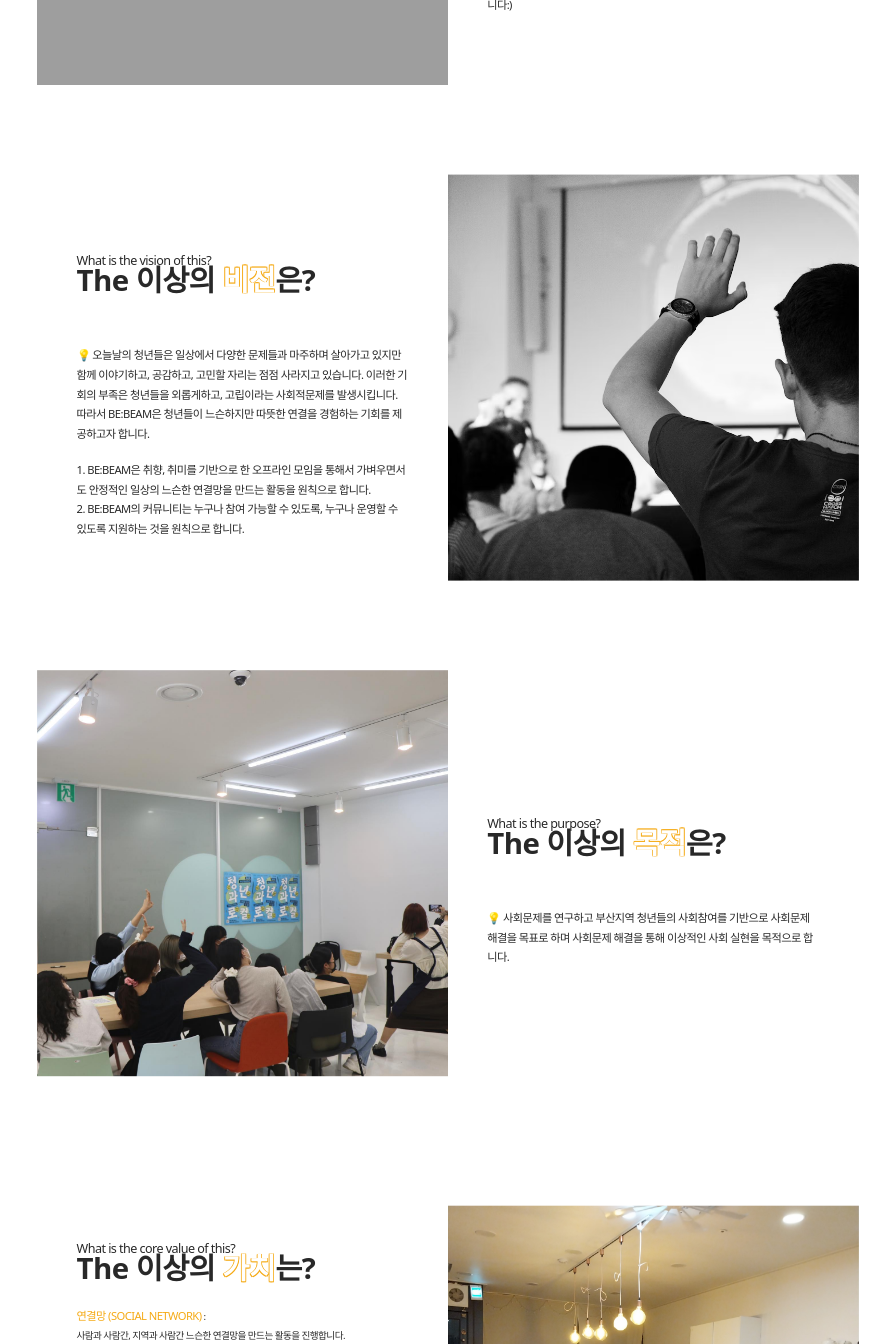
Repository: The-i-sang/BE-BEAM
Page: / (app in front/)
An editor plug-in stored every save of this project. The page is shown before and after the next save, followed by the edit.
The browser window is 1280 px wide. The pictures show the part of the page from y = 1728 to 3648 px (the page is 4370 px tall before and 4382 px after), at 70% of full size.
Pictures or frames that could not be fetched are drawn as grey boxes. Backgrounds fixed to the window are drawn as part of the page. The project was rebuilt for these pictures with package versions that can differ from the ones it lists, and the page was loaded fresh each time. Also part of the build but not shown: front/src/page/NotFoundPage.jsx, front/src/component/NextArrow.jsx, front/src/component/PrevArrow.jsx, front/src/component/DetailSlider.jsx, front/src/page/Detail.jsx, front/src/component/ToolkitCard.jsx, front/src/component/SlideToolkitCard.jsx, front/src/component/BestToolkitSlider.jsx and 6 more. Imported but missing from the stored project, and not drawn on this page: front/src/config.

Above is the page before, as saved 2023-10-13 01:23:12.

### front/src/index.css
@tailwind base;
@tailwind components;
@tailwind utilities;

/* body {
  margin: 0;
  font-family: -apple-system, BlinkMacSystemFont, "Segoe UI", "Roboto", "Oxygen",
    "Ubuntu", "Cantarell", "Fira Sans", "Droid Sans", "Helvetica Neue",
    sans-serif;
  -webkit-font-smoothing: antialiased;
  -moz-osx-font-smoothing: grayscale;
} */

body {
  margin: 0;
  font-family: "Pretendard-Regular";
}

code {
  font-family: source-code-pro, Menlo, Monaco, Consolas, "Courier New",
    monospace;
}

@font-face {
  font-family: "Pretendard-Regular";
  src: url("https://cdn.jsdelivr.net/gh/Project-Noonnu/noonfonts_2107@1.1/Pretendard-Regular.woff")
    format("woff");
  font-weight: 400;
  font-style: normal;
}

.my-custom-bg-class {
  background-image: url("./assets/2.png");
}

.my-custom-bg-class2 {
  background-image: url("./assets/2.png");
}

.text-stroke {
  text-shadow: -1px -1px 0 #f5aa15, 1px -1px 0 #f5aa15, -1px 1px 0 #f5aa15,
    1px 1px 0 #f5aa15;
}

.dots_custom {
  display: inline-block;
  vertical-align: middle;
  margin: auto 0;
  padding: 0;
}

.dots_custom li {
  list-style: none;
  cursor: pointer;
  display: inline-block;
  padding: 0;
}

.dots_custom li button {
  border: none;
  background: #d1d1d1;
  color: transparent;
  cursor: pointer;
  display: block;
  height: 2px;
  width: 10rem;
  border-radius: 100%;
  padding: 0;
}

@media (max-width: 1413px) {
  .dots_custom li button {
    border: none;
    background: #d1d1d1;
    color: transparent;
    cursor: pointer;
    display: block;
    height: 2px;
    width: 8rem;
    border-radius: 100%;
    padding: 0;
  }
}

@media (max-width: 1279px) {
  .dots_custom li button {
    border: none;
    background: #d1d1d1;
    color: transparent;
    cursor: pointer;
    display: block;
    height: 2px;
    width: 7rem;
    border-radius: 100%;
    padding: 0;
  }
}

@media (max-width: 1023px) {
  .dots_custom li button {
    border: none;
    background: #d1d1d1;
    color: transparent;
    cursor: pointer;
    display: block;
    height: 2px;
    width: 5rem;
    border-radius: 100%;
    padding: 0;
  }
}

@media (max-width: 767px) {
  .dots_custom li button {
    border: none;
    background: #d1d1d1;
    color: transparent;
    cursor: pointer;
    display: block;
    height: 2px;
    width: 4rem;
    border-radius: 100%;
    padding: 0;
  }
}

.dots_custom li.slick-active button {
  background-color: #282828;
}

### front/src/App.js
import { RouterProvider, createBrowserRouter } from "react-router-dom";
import NotFoundPage from "./page/NotFoundPage";
import Main from "./page/Main";
import Detail from "./page/Detail";
import Root from "./page/Root";
import Toolkit from "./page/Toolkit";
import Search from "./page/Search";
import Activity from "./component/Activity";
import ActivityDetail from "./component/ActivityDetail";
import Community from "./page/Community";

function App() {
  const router = createBrowserRouter([
    {
      path: "/",
      element: <Root />,
      errorElement: <NotFoundPage />,
      children: [
        { index: true, element: <Main /> },
        {
          path: "/activity",
          element: <Activity />,
        },
        {
          path: "/activity/detail/:id",
          element: <ActivityDetail />,
        },
        { path: "/search", element: <Search /> },
        {
          path: "/toolkit",
          element: <Toolkit />,
        },
        {
          path: "/toolkit/detail/:id",
          element: <Detail />,
        },
        { path: "*", element: <NotFoundPage /> },
        {
          path: "/community",
          element: <Community />,
        },
      ],
    },
  ]);
  return <RouterProvider router={router} />;
}

export default App;

### front/src/page/Main.jsx
import { useEffect, useState } from "react";
import img2 from "../assets/2.png";
import img3 from "../assets/3.png";
import img4 from "../assets/4.png";
import img5 from "../assets/5.png";

export default function Main() {
  const [scrollHeight, setScrollHeight] = useState(0);

  function onScroll() {
    setScrollHeight(window.scrollY);
  }
  useEffect(() => {
    window.addEventListener("scroll", onScroll);
    return () => {
      window.removeEventListener("scroll", onScroll);
    };
  }, []);
  console.log(scrollHeight);

  return (
    <div className="w-full mx-auto mt-4">
      <div className="w-full relative">
        <div
          className={`${
            scrollHeight > 100
              ? "absolute top-[22rem] text-white"
              : "absolute top-0"
          } w-full h-[300px] text-center transition-all duration-1000 z-[9999] flex flex-col justify-center items-center leading-normal`}
        >
          <h1 className="text-[4.8rem] font-extrabold">The 이상</h1>
          <p className="text-[2.4rem] mt-2">이상한 사회를 이상적인 사회로</p>
        </div>

        <div
          className={`${
            scrollHeight > 100 ? "w-full top-40" : "w-11/12 top-96"
          } mx-auto h-[720px] my-custom-bg-class bg-cover bg-fixed bg-no-repeat bg-[center_bottom_0] text-white relative transition-all duration-700`}
        >
          <div className="w-full h-full bg-black opacity-20 absolute top-0 left-0" />
        </div>
      </div>

      <div className="w-full mx-auto mt-40">
        <div className="w-11/12 mx-auto pt-32">
          <h2 className="mb-20 text-[3rem] text-[#282828] font-semibold text-center">
            이상한 사회를{" "}
            <span className="text-[#ffffff] text-stroke">이상적인 사회</span>로
          </h2>

          <div className="w-full mb-32 flex items-center group text-[#282828] text-center">
            <img
              className="w-6/12 h-[580px] object-cover"
              src={img5}
              alt="intro_img"
            />

            <div className="w-6/12 p-14 box-border flex flex-col items-start">
              <p className="mt-[48px] text-[1.125rem] font-medium">
                What does it mean?
              </p>
              <h1 className="mb-20 text-[2.625rem] font-semibold">
                The 이상이 <span className="text-white text-stroke">의미</span>
                하는 것은?
              </h1>
              <p className="text-[1rem] text-left leading-7">
                💡 안녕하세요! 부산에서 청년 커뮤니티를 기획운영하고 있는
                BE:BEAM입니다. BE:BEAM(비빔)은 비빔밥의 재료처럼 다양한 청년들이
                모여, 빛줄기(BEAM)처럼 따뜻한 연결망을 이어나간다는 의미가
                있습니다. 2022년 소셜다이닝을 시작으로 여러 활동을 준비하고
                진행하고 있습니다. 또 저희는 커뮤니티를 기획운영하는 것에서
                그치지 않고, 누구나 사회참여활동을 시작하실 수 있도록 그 문턱을
                낮추는 활동도 함께 진행하고 있습니다. 많은 관심 부탁드립니다:)
              </p>
            </div>
          </div>

          <div className="w-full mb-32 flex items-center group text-[#282828] text-center">
            <div className="w-6/12 p-14 box-border flex flex-col items-start">
              <p className="mt-[48px] text-[1.125rem] font-medium">
                What is the vision of this?
              </p>
              <h1 className="mb-20 text-[2.625rem] font-semibold">
                The 이상의 <span className="text-white text-stroke">비전</span>
                은?
              </h1>
              <p className="text-[1rem] text-left leading-7">
                💡 오늘날의 청년들은 일상에서 다양한 문제들과 마주하며 살아가고
                있지만 함께 이야기하고, 공감하고, 고민할 자리는 점점 사라지고
                있습니다. 이러한 기회의 부족은 청년들을 외롭게하고, 고립이라는
                사회적문제를 발생시킵니다. 따라서 BE:BEAM은 청년들이 느슨하지만
                따뜻한 연결을 경험하는 기회를 제공하고자 합니다.
              </p>
              <p className="mt-6 text-[1rem] text-left leading-7">
                1. BE:BEAM은 취향, 취미를 기반으로 한 오프라인 모임을 통해서
                가벼우면서도 안정적인 일상의 느슨한 연결망을 만드는 활동을
                원칙으로 합니다.
              </p>
              <p className="text-[1rem] text-left leading-7">
                2. BE:BEAM의 커뮤니티는 누구나 참여 가능할 수 있도록, 누구나
                운영할 수 있도록 지원하는 것을 원칙으로 합니다.
              </p>
            </div>

            <img
              className="w-6/12 h-[580px] object-cover"
              src={img4}
              alt="intro_img"
            />
          </div>

          <div className="w-full mb-32 flex items-center group text-[#282828] text-center">
            <img
              className="w-6/12 h-[580px] object-cover"
              src={img2}
              alt="intro_img"
            />

            <div className="w-6/12 p-14 box-border flex flex-col items-start">
              <p className="mt-[48px] text-[1.125rem] font-medium">
                What is the purpose?
              </p>
              <h1 className="mb-20 text-[2.625rem] font-semibold">
                The 이상의 <span className="text-white text-stroke">목적</span>
                은?
              </h1>
              <p className="text-[1rem] text-left leading-7">
                💡 사회문제를 연구하고 부산지역 청년들의 사회참여를 기반으로{" "}
                사회문제 해결을 목표로 하며 사회문제 해결을 통해 이상적인 사회
                실현을 목적으로 합니다.
              </p>
            </div>
          </div>

          <div className="w-full mb-32 flex items-center group text-[#282828] text-center">
            <div className="w-6/12 p-14 box-border flex flex-col items-start">
              <p className="mt-[48px] text-[1.125rem] font-medium">
                What is the core value of this?
              </p>
              <h1 className="mb-10 text-[2.625rem] font-semibold">
                The 이상의 <span className="text-white text-stroke">가치</span>
                는?
              </h1>
              <ul className="text-[0.86rem] text-left leading-7">
                <li className="mb-4">
                  <span className="text-[1rem] text-[#f5aa15]">
                    연결망 (SOCIAL NETWORK)
                  </span>{" "}
                  :
                  <br />
                  사람과 사람간, 지역과 사람간 느슨한 연결망을 만드는 활동을
                  진행합니다.
                </li>
                <li className="mb-4">
                  <span className="text-[1rem] text-[#f5aa15]">
                    청년 (YOUTH)
                  </span>{" "}
                  :
                  <br />
                  청년의 주체성 있는 사회참여활동을 기반으로 합니다.
                </li>
                <li className="mb-4">
                  <span className="text-[1rem] text-[#f5aa15]">
                    행동 (ACTION)
                  </span>{" "}
                  :
                  <br />
                  주체성이 담긴 행동을 통해서 사회 구성원의 인식 및 행동의
                  변화를 이끌어냅니다.
                </li>
                <li className="mb-4">
                  <span className="text-[1rem] text-[#f5aa15]">
                    공감 (SYMPATHY)
                  </span>{" "}
                  :
                  <br />
                  사회 구성원에 대한 공감대를 기반으로 서로에게 즐겁고, 따뜻한
                  활동을 진행합니다.
                </li>
                <li className="mb-4">
                  <span className="text-[1rem] text-[#f5aa15]">
                    안정 (STABILITY)
                  </span>{" "}
                  :
                  <br />
                  서로를 존중하고 배려하여 서로에게 안정감을 줄 수 있는 활동을
                  진행합니다.
                </li>
                <li className="mb-4">
                  <span className="text-[1rem] text-[#f5aa15]">
                    의사소통 (communication)
                  </span>{" "}
                  :
                  <br />
                  서로의 이야기를 경청하고, 존중하는 대화를 통해 활동을
                  진행합니다.
                </li>
              </ul>
            </div>

            <img
              className="w-6/12 h-[580px] object-cover"
              src={img3}
              alt="intro_img"
            />
          </div>
        </div>
      </div>
    </div>
  );
}

### front/src/page/Root.jsx
import React from "react";
import Navbar from "../component/Navbar";
import { Outlet } from "react-router-dom";
import Footer from "../component/Footer";
import { QueryClient, QueryClientProvider } from "@tanstack/react-query";
import { ScrollRestoration } from "react-router-dom";

export default function Root() {
  const queryClient = new QueryClient();

  return (
    <div className="font-sans font-medium tracking-tighter whitespace-pre-wrap leading-7">
      <ScrollRestoration />
      <Navbar />
      <QueryClientProvider client={queryClient}>
        <Outlet />
      </QueryClientProvider>
      <Footer />
    </div>
  );
}

### front/src/component/Navbar.jsx
import React from "react";
import { useLocation, useNavigate } from "react-router-dom";
import { CiSearch } from "react-icons/ci";
import Menu from "./Menu";

export default function Navbar() {
  const navigate = useNavigate();
  const path = useLocation().pathname;

  // const [scrollHeight, setScrollHeight] = useState(0);

  // function onScroll() {
  //   setScrollHeight(window.scrollY);
  // }
  // useEffect(() => {
  //   window.addEventListener("scroll", onScroll);
  //   return () => {
  //     window.removeEventListener("scroll", onScroll);
  //   };
  // }, []);

  return (
    <div className="w-full">
      <div className="w-11/12 mx-auto">
        <div className="w-full py-8 flex justify-between items-center">
          <div
            className="lg:w-[80px] md:w-[13%] sm:w-[15%] w-[20%]"
            onClick={() => {
              navigate("/");
            }}
          >
            <img
              className="w-full object-cover mx-auto cursor-pointer"
              src={process.env.PUBLIC_URL + "/logo/logo2.png"}
              alt="logo"
            />
          </div>

          <Menu path={path} />

          <button
            type="button"
            className="text-[1.8rem] text-[#f5aa15] cursor-pointer"
            onClick={() => {
              navigate("/search");
            }}
          >
            <CiSearch />
          </button>
        </div>
      </div>
    </div>
  );
}

### front/src/component/Footer.jsx
import React from "react";

export default function Footer() {
  return (
    <div className="w-full bg-[#ffffff]">
      <div className="w-11/12 mx-auto py-10 box-border border-t-[1px] border-solid border-[#f5aa15] flex sm:flex-row flex-col items-center">
        <img
          className="w-[21%] lg:w-[80px] sm:w-[14%] h-full object-cover"
          src={process.env.PUBLIC_URL + "/logo/logo2.png"}
          alt="logo"
        />
        <div className="w-11/12 text-[#f5aa15] text-[1.1rem] text-center">
          <p>Copyright ⓒ 2023 beBeam. All Rights Reserved.</p>
        </div>
      </div>
    </div>
  );
}

### front/src/component/Menu.jsx
import React from "react";
import { useNavigate } from "react-router-dom";

export default function Menu({ path }) {
  const navigate = useNavigate();
  console.log(path);

  return (
    <ul className="w-[40%] flex justify-between text-[#344054] text-[20px]">
      <li
        onClick={() => {
          navigate("/");
        }}
        className={`${
          path === "/"
            ? "text-white font-semibold before:opacity-100"
            : "before:opacity-0"
        } w-1/5 py-2 before:absolute before:-inset-1 before:-skew-y-3 before:bg-orange-300 hover:before:opacity-100 relative inline-block cursor-pointer hover:font-semibold hover:text-white transition-all duration-700 before:transition-all before:duration-700`}
      >
        <span className={`${path === "/" ? "" : ""} relative`}>Brand</span>
      </li>
      <li
        onClick={() => {
          navigate("/activity");
        }}
        className={`${
          path === "/activity"
            ? "text-white font-semibold before:opacity-100"
            : "before:opacity-0"
        } w-1/5 py-2 before:absolute before:-inset-1 before:-skew-y-3 before:bg-orange-300 hover:before:opacity-100 relative inline-block cursor-pointer hover:font-semibold hover:text-white transition-all duration-700 before:transition-all before:duration-700`}
      >
        <span className={`${path === "/activity" ? "" : ""} relative`}>
          Activity
        </span>
      </li>
      <li
        onClick={() => {
          navigate("/toolkit");
        }}
        className={`${
          path === "/toolkit"
            ? "text-white font-semibold before:opacity-100"
            : "before:opacity-0"
        } w-1/5 py-2 before:absolute before:-inset-1 before:-skew-y-3 before:bg-orange-300 hover:before:opacity-100 relative inline-block cursor-pointer hover:font-semibold hover:text-white transition-all duration-700 before:transition-all before:duration-700`}
      >
        <span className={`${path === "/toolkit" ? "" : ""} relative`}>
          Toolkit
        </span>
      </li>

      <li
        onClick={() => {
          navigate("/community");
        }}
        className={`${
          path === "/community"
            ? "text-white font-semibold before:opacity-100"
            : "before:opacity-0"
        } w-1/5 py-2 before:absolute before:-inset-1 before:-skew-y-3 before:bg-orange-300 hover:before:opacity-100 relative inline-block cursor-pointer hover:font-semibold hover:text-white transition-all duration-700 before:transition-all before:duration-700`}
      >
        <span className={`${path === "/community" ? "" : ""} relative`}>
          Community
        </span>
      </li>
    </ul>
  );
}

### front/tailwind.config.js
/** @type {import('tailwindcss').Config} */
module.exports = {
  content: ["./src/**/*.{js,jsx}"],
  theme: {
    extend: {},
  },
  corePlugins: {
    aspectRatio: true,
  },
};

Loaded but not shown: front/public/index.html (common file); front/src/index.js (common file); front/src/reportWebVitals.js (common file)

After the next save:
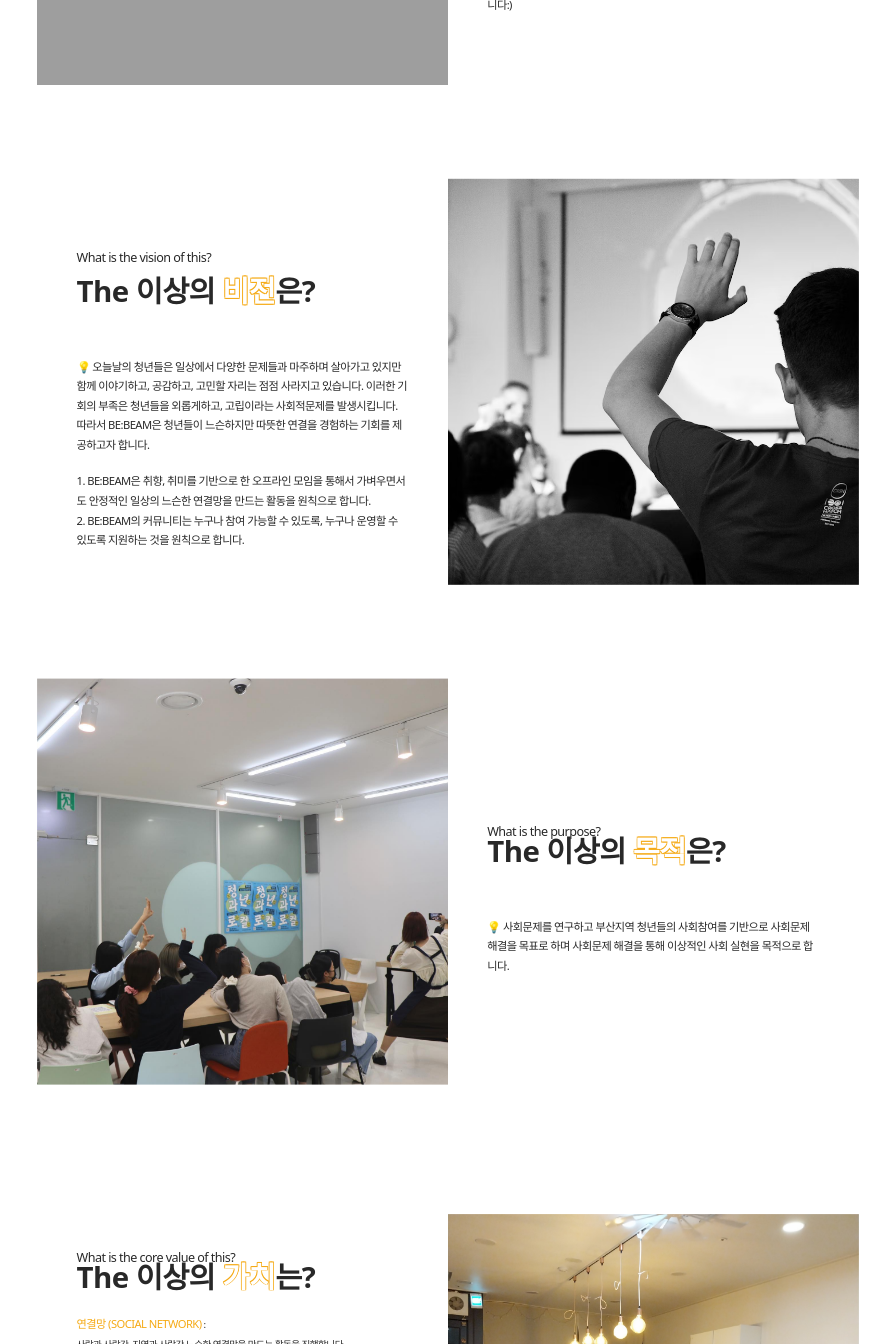
Saved 83 s later.
--- a/front/src/page/Main.jsx
+++ b/front/src/page/Main.jsx
@@ -80,7 +80,7 @@ export default function Main() {
               <p className="mt-[48px] text-[1.125rem] font-medium">
                 What is the vision of this?
               </p>
-              <h1 className="mb-20 text-[2.625rem] font-semibold">
+              <h1 className="mt-5 mb-20 text-[2.625rem] font-semibold">
                 The 이상의 <span className="text-white text-stroke">비전</span>
                 은?
               </h1>
